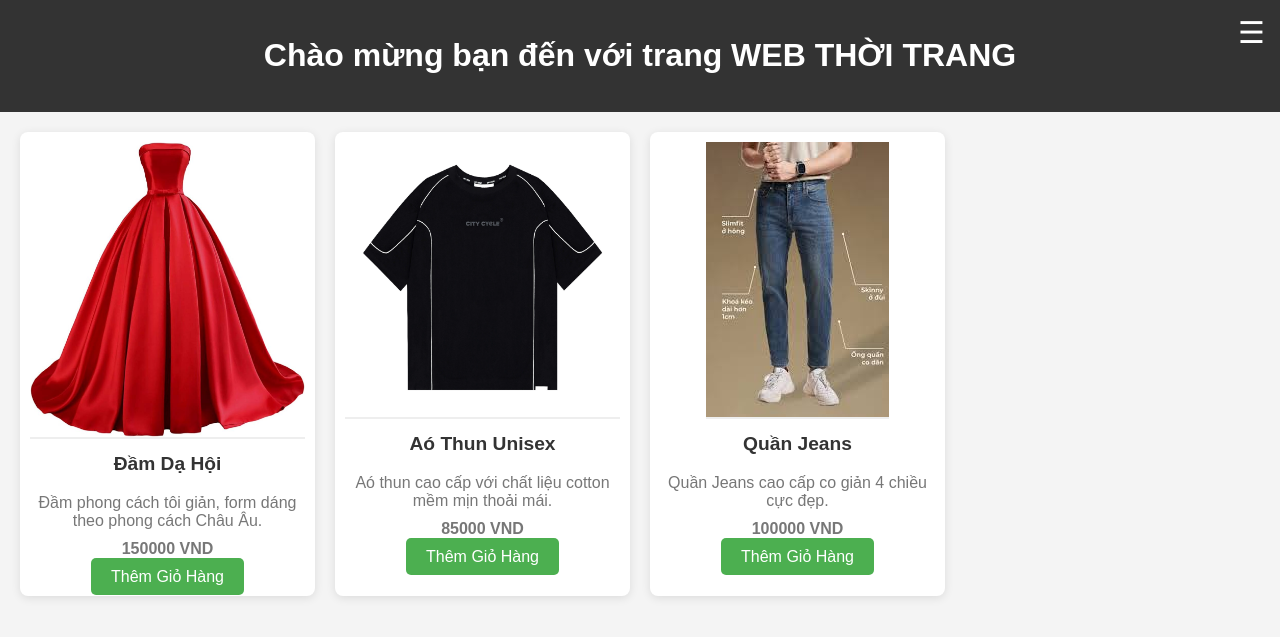
Repository: Thang871/web-thoi-trang
Page: http://localhost/
An editor plug-in stored every save of this project. The page is shown before and after the next save, followed by the edit.
The browser window is 1280 px wide. The pictures show the whole page.
The page is served by the project's application, run on Flask 3 (app.py).

Above is the page before, as saved 2024-11-25 09:54:29.

### templates/products.html
<!DOCTYPE html>
<html lang="en">
<head>
    <meta charset="UTF-8">
    <meta name="viewport" content="width=device-width, initial-scale=1.0">
    <title>Our Fashion Products</title>
    <style>
        body {
            font-family: Arial, sans-serif;
            background-color: #f4f4f4;
            margin: 0;
            padding: 0;
        }

        /* Header styles */
        header {
            background-color: #333;
            color: white;
            text-align: center;
            padding: 1em;
            position: relative;
        }

        /* Hamburger Menu styles */
        .menu-icon {
            position: absolute;
            top: 15px;
            right: 15px;
            font-size: 30px;
            cursor: pointer;
        }

        /* Cart Popup Styles */
        .cart-popup {
            display: none;
            position: fixed;
            top: 0;
            right: 0;
            width: 300px;
            height: 100%;
            background-color: white;
            box-shadow: -5px 0 15px rgba(0, 0, 0, 0.2);
            padding: 20px;
            z-index: 1000;
            overflow-y: auto;
        }

        .cart-popup.open {
            display: block;
        }

        .close-btn {
            font-size: 30px;
            cursor: pointer;
            position: absolute;
            top: 10px;
            left: 10px;
        }

        .product-container {
            display: grid;
            grid-template-columns: repeat(auto-fill, minmax(250px, 1fr));
            gap: 20px;
            padding: 20px;
        }

        .product {
            background: white;
            border-radius: 8px;
            box-shadow: 0 2px 10px rgba(0, 0, 0, 0.1);
            overflow: hidden;
            text-align: center;
            padding: 10px;
        }

        .product img {
            max-width: 100%;
            height: auto;
            border-bottom: 2px solid #eee;
        }

        .product h3 {
            color: #333;
            font-size: 1.2em;
            margin-top: 10px;
        }

        .product p {
            color: #777;
            font-size: 1em;
            margin: 10px 0;
        }

        .price {
            color: #e91e63;
            font-size: 1.4em;
            font-weight: bold;
        }

        .btn-add-to-cart {
            background-color: #4CAF50;
            color: white;
            padding: 10px 20px;
            border: none;
            border-radius: 5px;
            cursor: pointer;
            text-decoration: none;
        }

        .btn-add-to-cart:hover {
            background-color: #45a049;
        }

        /* Cart Styles */
        .cart-container {
            margin-top: 20px;
        }

        .cart-item {
            display: flex;
            justify-content: space-between;
            margin-bottom: 15px;
            padding: 10px;
            background: white;
            border-radius: 8px;
            box-shadow: 0 2px 10px rgba(0, 0, 0, 0.1);
        }

        .cart-item img {
            max-width: 100px;
            height: auto;
        }

        .total {
            font-size: 1.4em;
            font-weight: bold;
            color: #e91e63;
        }

        .btn-back {
            background-color: #4CAF50;
            color: white;
            padding: 10px 20px;
            border: none;
            border-radius: 5px;
            cursor: pointer;
            text-decoration: none;
        }

        .btn-back:hover {
            background-color: #45a049;
        }
    </style>
</head>
<body>

    <!-- Header -->
    <header>
        <h1>Chào mừng bạn đến với trang WEB THỜI TRANG</h1>

        <!-- Hamburger Menu -->
        <span class="menu-icon" onclick="toggleCart()">&#9776;</span>
    </header>

    <!-- Product Grid -->
    <div class="product-container">
        {% for product in products %}
        <div class="product">
            <img src="{{ url_for('static', filename='images/' + product['image']) }}" alt="{{ product['name'] }}">
            <h3>{{ product['name'] }}</h3>
            <p>{{ product['description'] }}</p>
            <p class="price">{{ product['price'] }} VND</p>
            <a href="{{ url_for('add_to_cart', product_id=product['id']) }}" class="btn-add-to-cart">Thêm Giỏ Hàng</a>
        </div>
        {% endfor %}
    </div>

    <!-- Cart Popup -->
    <div id="cartPopup" class="cart-popup">
        <span class="close-btn" onclick="toggleCart()">&times;</span>
        <h2>Giỏ Hàng</h2>
        <div class="cart-container">
            {% if cart_items %}
                {% for item in cart_items %}
                <div class="cart-item">
                    <img src="{{ url_for('static', filename='images/' + item['image']) }}" alt="{{ item['name'] }}">
                    <div>
                        <h3>{{ item['name'] }}</h3>
                        <p>{{ item['description'] }}</p>
                    </div>
                    <div>
                        <p class="price">{{ item['price'] }} VND</p>
                    </div>
                </div>
                {% endfor %}
                <div class="total">
                    Tổng cộng: {{ total_price }} VND
                </div>
                <a href="{{ url_for('home') }}" class="btn-back">Quay lại mua sắm</a>
            {% else %}
                <p>Giỏ hàng của bạn hiện tại trống.</p>
                <a href="{{ url_for('home') }}" class="btn-back">Quay lại mua sắm</a>
            {% endif %}
        </div>
    </div>

    <script>
        // Hàm mở hoặc đóng giỏ hàng
        function toggleCart() {
            var cartPopup = document.getElementById('cartPopup');
            cartPopup.classList.toggle('open');
        }
    </script>

</body>
</html>

### app.py
from flask import Flask, render_template, session, redirect, url_for

app = Flask(__name__)
app.secret_key = 'your_secret_key'  # Mã bí mật cho session

# Dữ liệu sản phẩm mẫu
products = [
    {'id': 1, 'name': 'Đầm Dạ Hội', 'description': 'Đầm phong cách tôi giản,  form dáng theo phong cách Châu Âu.', 'price': 150000, 'image': 'dress.jpg'},
    {'id': 2, 'name': 'Aó Thun Unisex', 'description': 'Aó thun cao cấp với chất liệu cotton mềm mịn thoải mái.', 'price': 85000, 'image': 'tshirt.jpg'},
    {'id': 3, 'name': 'Quần Jeans', 'description': 'Quần Jeans cao cấp co giản 4 chiều cực đẹp.', 'price': 100000, 'image': 'jeans.jpg'}
]

@app.route('/')
def home():
    return render_template('products.html', products=products)

@app.route('/add_to_cart/<int:product_id>')
def add_to_cart(product_id):
    # Tìm sản phẩm theo ID
    product = next((prod for prod in products if prod['id'] == product_id), None)
    if product:
        # Lấy giỏ hàng từ session, nếu không có thì khởi tạo giỏ hàng mới
        cart = session.get('cart', [])
        cart.append(product)  # Thêm sản phẩm vào giỏ hàng
        session['cart'] = cart  # Cập nhật lại giỏ hàng trong session
    return redirect(url_for('home'))  # Quay lại trang sản phẩm

@app.route('/cart')
def cart():
    # Lấy giỏ hàng từ session
    cart_items = session.get('cart', [])
    total_price = sum(item['price'] for item in cart_items)
    return render_template('cart.html', cart_items=cart_items, total_price=total_price)

if __name__ == '__main__':
    app.run(debug=True, host='0.0.0.0', port=5000)

### templates/index.html
<!DOCTYPE html>
<html lang="en">
<head>
    <meta charset="UTF-8">
    <meta name="viewport" content="width=device-width, initial-scale=1.0">
    <title>Fashion Store</title>
</head>
<body>
    <h1>Welcome to the Fashion Store</h1>
    <a href="/products">View Products</a>
</body>
</html>

After the next save:
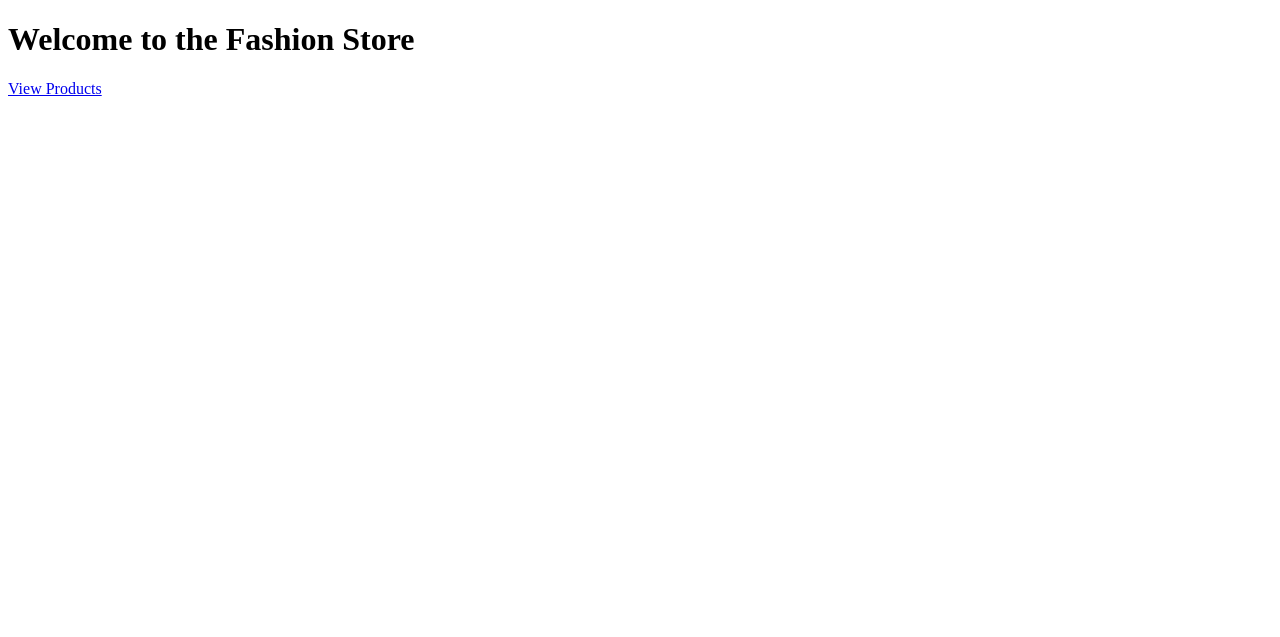
Saved 12 min 44 s later.
--- a/app.py
+++ b/app.py
@@ -12,25 +12,28 @@
 
 @app.route('/')
 def home():
+    return render_template('index.html', products=products)
+
+@app.route('/products')
+def products_page():
     return render_template('products.html', products=products)
 
 @app.route('/add_to_cart/<int:product_id>')
 def add_to_cart(product_id):
-    # Tìm sản phẩm theo ID
-    product = next((prod for prod in products if prod['id'] == product_id), None)
+    # Tìm sản phẩm trong danh sách products
+    product = next((p for p in products if p['id'] == product_id), None)
     if product:
-        # Lấy giỏ hàng từ session, nếu không có thì khởi tạo giỏ hàng mới
-        cart = session.get('cart', [])
-        cart.append(product)  # Thêm sản phẩm vào giỏ hàng
-        session['cart'] = cart  # Cập nhật lại giỏ hàng trong session
-    return redirect(url_for('home'))  # Quay lại trang sản phẩm
+        # Lấy danh sách giỏ hàng từ session (nếu có) hoặc khởi tạo giỏ hàng mới
+        cart_items = session.get('cart_items', [])
+        cart_items.append(product)  # Thêm sản phẩm vào giỏ hàng
+        session['cart_items'] = cart_items  # Lưu giỏ hàng vào session
+    return redirect(url_for('home'))
 
 @app.route('/cart')
 def cart():
-    # Lấy giỏ hàng từ session
-    cart_items = session.get('cart', [])
-    total_price = sum(item['price'] for item in cart_items)
+    cart_items = session.get('cart_items', [])
+    total_price = sum(item['price'] for item in cart_items)  # Tính tổng giá trị giỏ hàng
     return render_template('cart.html', cart_items=cart_items, total_price=total_price)
 
 if __name__ == '__main__':
-    app.run(debug=True, host='0.0.0.0', port=5000)
+    app.run(debug=True)

After the save that followed:
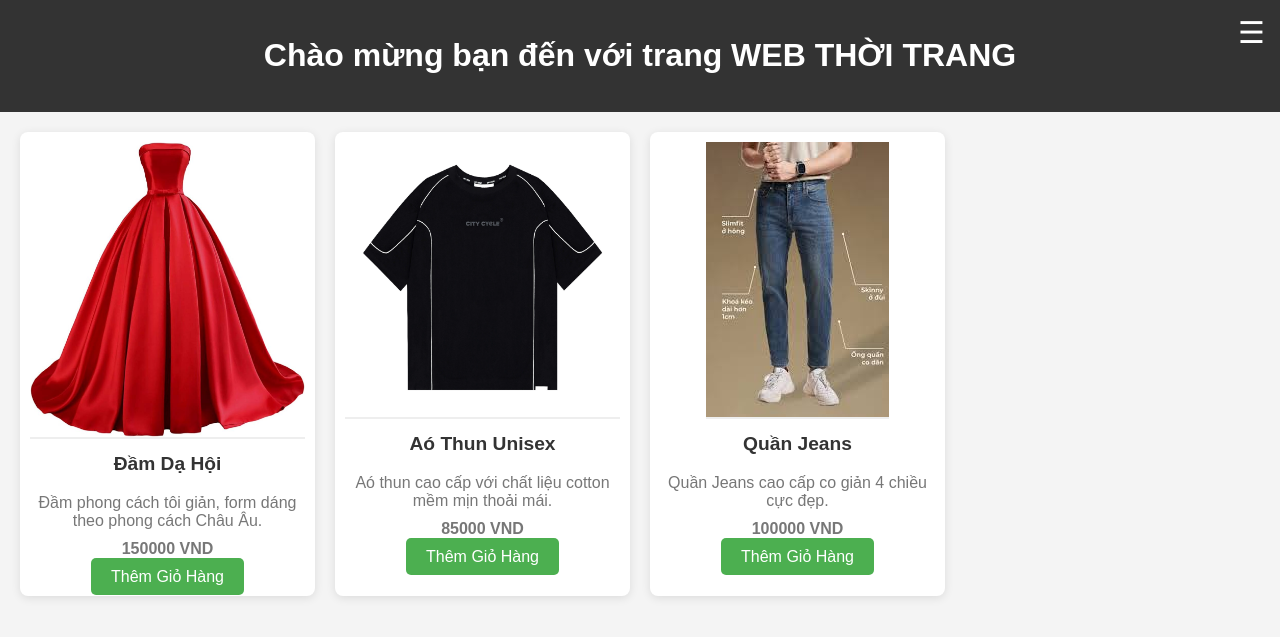
Saved 67 s later.
--- a/app.py
+++ b/app.py
@@ -1,3 +1,15 @@
+from flask import Flask, render_template, session, redirect, url_for
+
+app = Flask(__name__)
+app.secret_key = 'your_secret_key'  # Mã bí mật cho session
+
+# Dữ liệu sản phẩm mẫu
+products = [
+    {'id': 1, 'name': 'Đầm Dạ Hội', 'description': 'Đầm phong cách tôi giản,  form dáng theo phong cách Châu Âu.', 'price': 150000, 'image': 'dress.jpg'},
+    {'id': 2, 'name': 'Aó Thun Unisex', 'description': 'Aó thun cao cấp với chất liệu cotton mềm mịn thoải mái.', 'price': 85000, 'image': 'tshirt.jpg'},
+    {'id': 3, 'name': 'Quần Jeans', 'description': 'Quần Jeans cao cấp co giản 4 chiều cực đẹp.', 'price': 100000, 'image': 'jeans.jpg'}
+]
+
 from flask import Flask, render_template, session, redirect, url_for
 
 app = Flask(__name__)
@@ -12,28 +24,25 @@
 
 @app.route('/')
 def home():
-    return render_template('index.html', products=products)
-
-@app.route('/products')
-def products_page():
     return render_template('products.html', products=products)
 
 @app.route('/add_to_cart/<int:product_id>')
 def add_to_cart(product_id):
-    # Tìm sản phẩm trong danh sách products
-    product = next((p for p in products if p['id'] == product_id), None)
+    # Tìm sản phẩm theo ID
+    product = next((prod for prod in products if prod['id'] == product_id), None)
     if product:
-        # Lấy danh sách giỏ hàng từ session (nếu có) hoặc khởi tạo giỏ hàng mới
-        cart_items = session.get('cart_items', [])
-        cart_items.append(product)  # Thêm sản phẩm vào giỏ hàng
-        session['cart_items'] = cart_items  # Lưu giỏ hàng vào session
-    return redirect(url_for('home'))
+        # Lấy giỏ hàng từ session, nếu không có thì khởi tạo giỏ hàng mới
+        cart = session.get('cart', [])
+        cart.append(product)  # Thêm sản phẩm vào giỏ hàng
+        session['cart'] = cart  # Cập nhật lại giỏ hàng trong session
+    return redirect(url_for('home'))  # Quay lại trang sản phẩm
 
 @app.route('/cart')
 def cart():
-    cart_items = session.get('cart_items', [])
-    total_price = sum(item['price'] for item in cart_items)  # Tính tổng giá trị giỏ hàng
+    # Lấy giỏ hàng từ session
+    cart_items = session.get('cart', [])
+    total_price = sum(item['price'] for item in cart_items)
     return render_template('cart.html', cart_items=cart_items, total_price=total_price)
 
 if __name__ == '__main__':
-    app.run(debug=True)
+    app.run(debug=True, host='0.0.0.0', port=5000)
